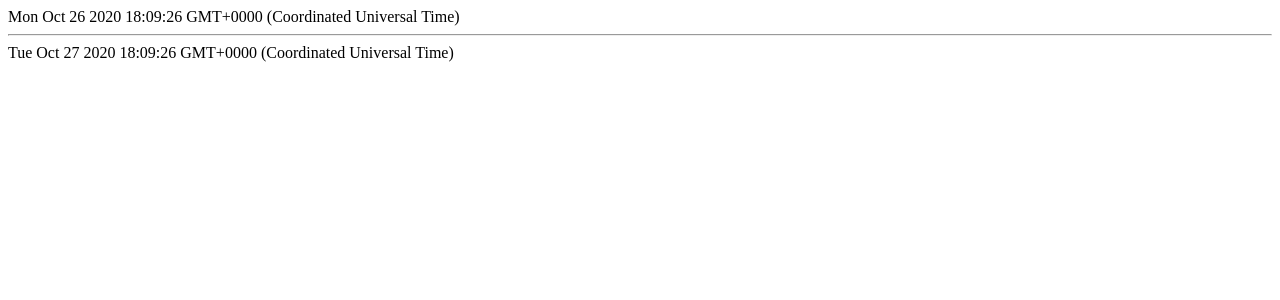
Repository: TeoNogueira/Aulas-Udemy-DevFull-Stack-Por-Jamilton-Damasceno-e-Jorge-Sant-Ana-
Page: public_project/JavaScript/function_native_datas.html
These files come from the project's save history. The page is drawn as it stood at one moment and after the next save; the edit follows.
The browser window is 1280 px wide. The pictures show the whole page.

Above is the page before, as saved 2020-10-26 19:17:03.

After the next save:
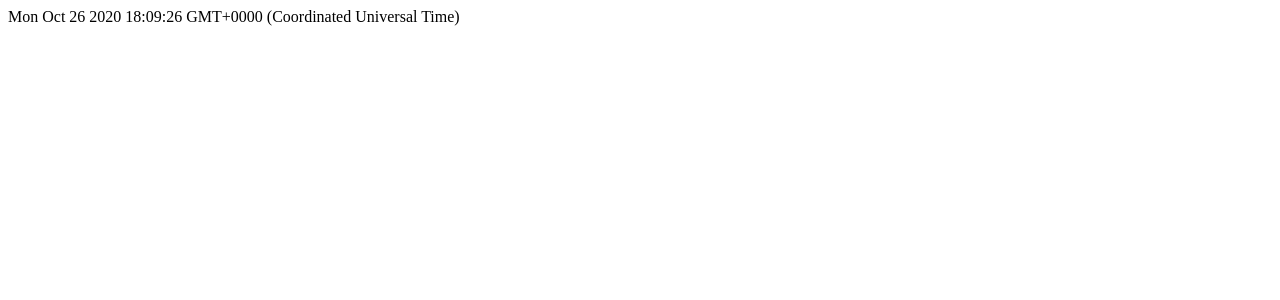
Console error: ReferenceError: documen is not defined
Saved 10 s later.
--- a/public_project/JavaScript/function_native_datas.html
+++ b/public_project/JavaScript/function_native_datas.html
@@ -24,7 +24,7 @@
 
 data.setDate(data.getDate() + 1)
 
-document.write('<hr />')
+documen.write('<hr />')
 
 document.write(data.toString())
 

After the save that followed:
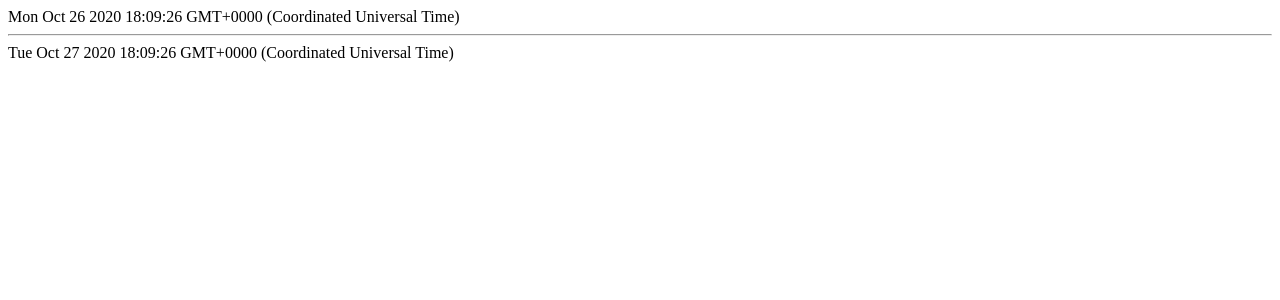
The error is gone.
Saved 4 s later.
--- a/public_project/JavaScript/function_native_datas.html
+++ b/public_project/JavaScript/function_native_datas.html
@@ -24,7 +24,7 @@
 
 data.setDate(data.getDate() + 1)
 
-documen.write('<hr />')
+document.write('<hr />')
 
 document.write(data.toString())
 
